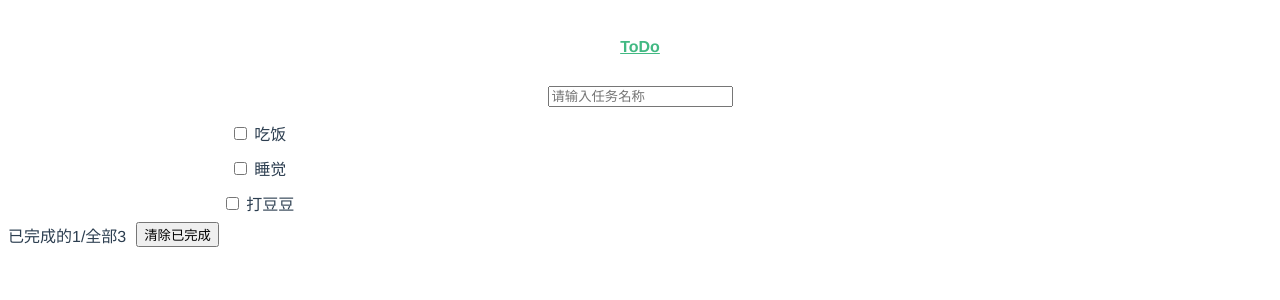
Repository: flyerwge/ToDo
Page: /
An editor plug-in stored every save of this project. The page is shown before and after the next save, followed by the edit.
The browser window is 1280 px wide. The pictures show the whole page.
The project was rebuilt for these pictures with package versions that can differ from the ones it lists, and the page was loaded fresh each time. Also part of the build but not shown: vue.config.js.

Above is the page before, as saved 2021-03-13 16:08:14.

After the next save:
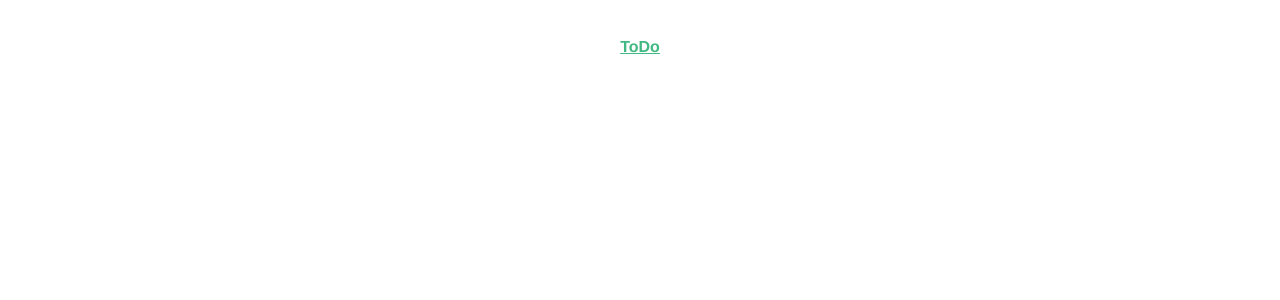
Console error: ReferenceError: all is not defined
Saved 29 s later.
--- a/src/components/navFooter/NavFooter.vue
+++ b/src/components/navFooter/NavFooter.vue
@@ -1,6 +1,6 @@
 <template>
   <div class="container">
-    <div>已完成的{{ isComplete }}/全部{{ all }}</div>
+    <div>已完成的{{ isComplete }}/全部{{ list.length }}</div>
     <div v-if="isComplete > 0" class="btn">
       <button @click="clear">清除已完成</button>
     </div>
@@ -20,7 +20,6 @@
   },
   setup() {
     let isComplete = ref(1);
-    let all = ref(3);
     //清除已完成
     let clear = () => {
       console.log("已清除");

After the 2 saves that followed:
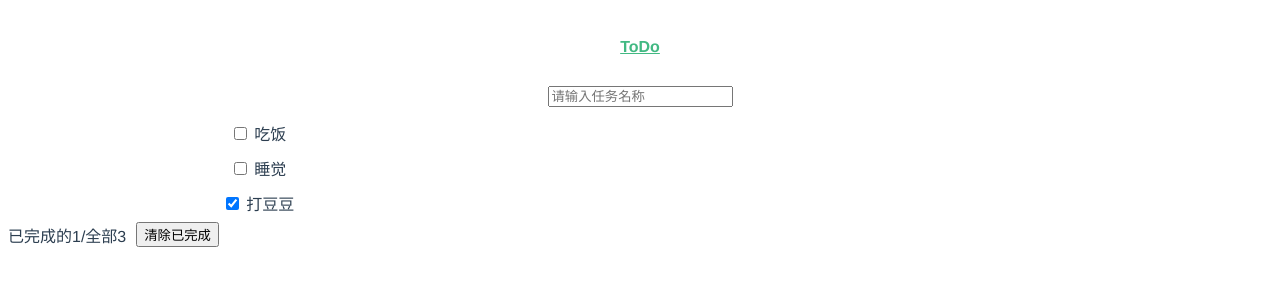
The error is gone.
The 2 saves are shown as one change because 1 left the picture as it was.
The last was saved 51 s later.
--- a/src/store/index.js
+++ b/src/store/index.js
@@ -14,7 +14,7 @@ export default createStore({
       },
       {
         title: "打豆豆",
-        complete: false,
+        complete: true,
       }
     ]
   },
--- a/src/components/navFooter/NavFooter.vue
+++ b/src/components/navFooter/NavFooter.vue
@@ -26,7 +26,6 @@
     };
     return {
       isComplete,
-      all,
       clear,
     };
   },
